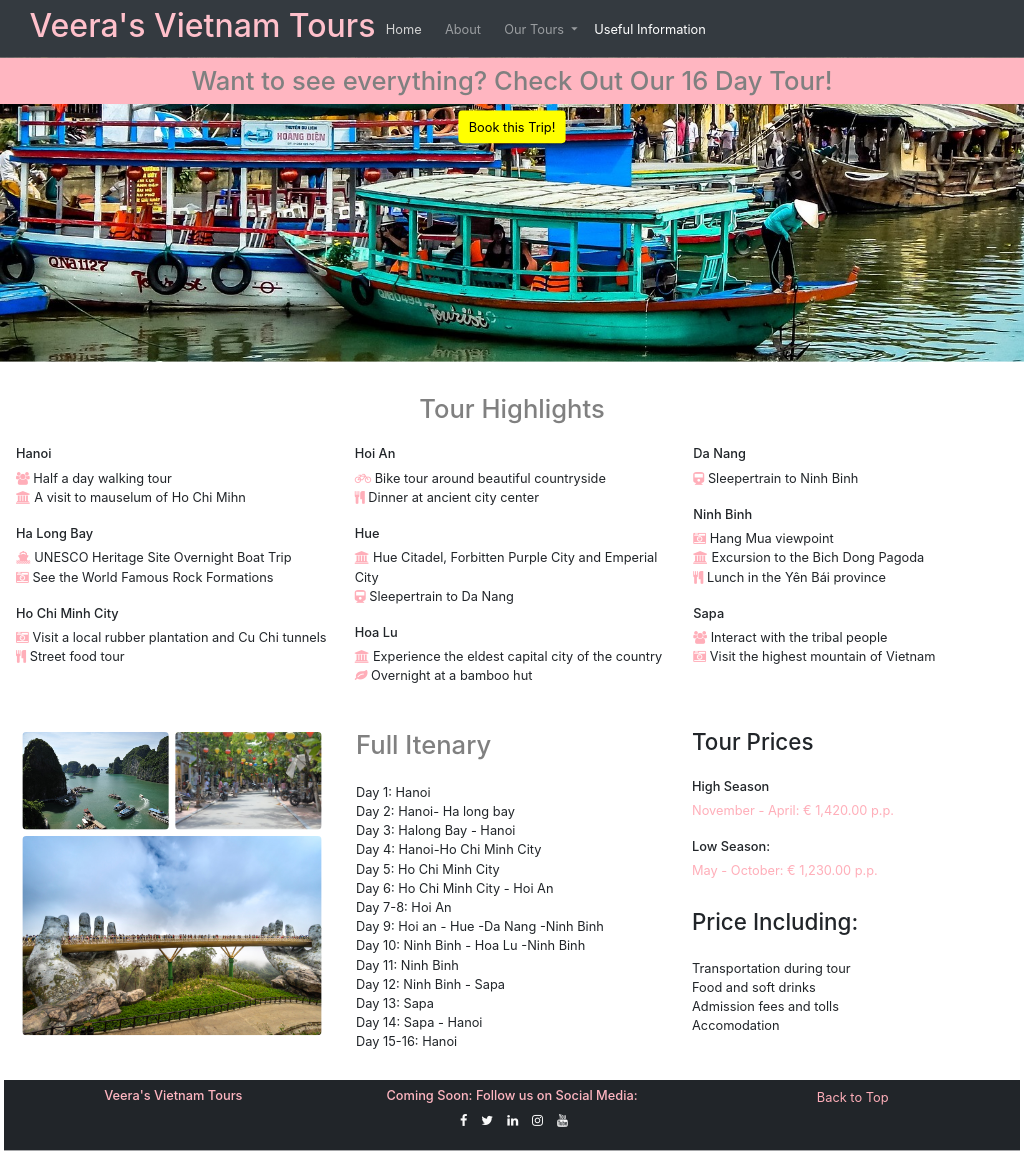
Repository: VAhola/VietnamTour
Page: 16d.html
The author's editor kept a record of every edit. The page is drawn from the files as they stood at one moment, then again after the next edit.
The browser window is 1280 px wide. The pictures show the whole page, at 80% of full size.

Above is the page before.

After the next edit:
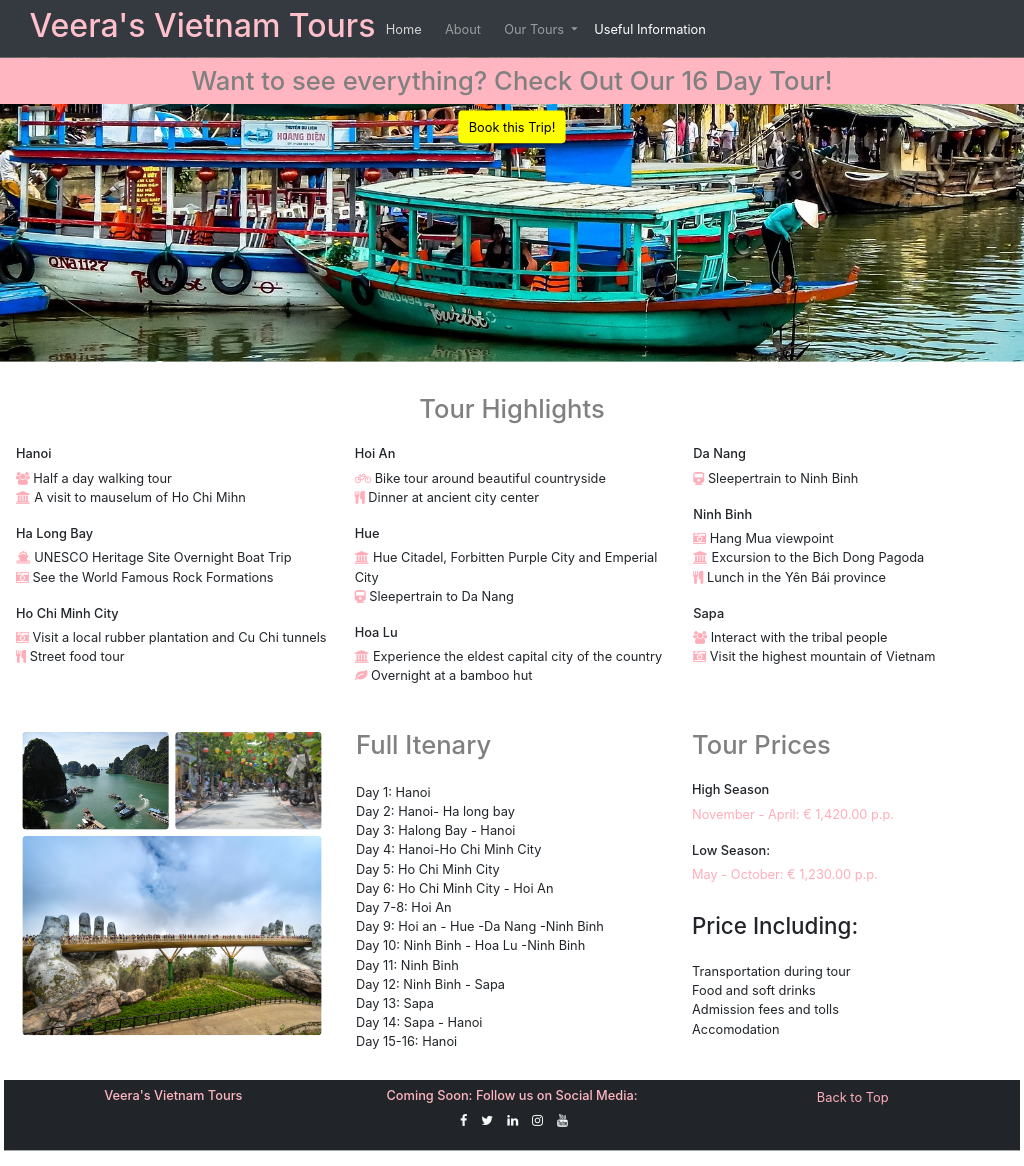
The edit:
--- a/16d.html
+++ b/16d.html
@@ -166,7 +166,7 @@
             </ul>
         </div>
         <div class="col-sm-4 container-fluid">
-            <h3 style="text-align:left;">Tour Prices</h3>
+            <h2 style="text-align:left;">Tour Prices</h2>
                 <ul style="text-align:left;">
                     <h6>High Season</h6>
                     <li style="color:#ffaeb9;">November - April: € 1,420.00 p.p.</li>
